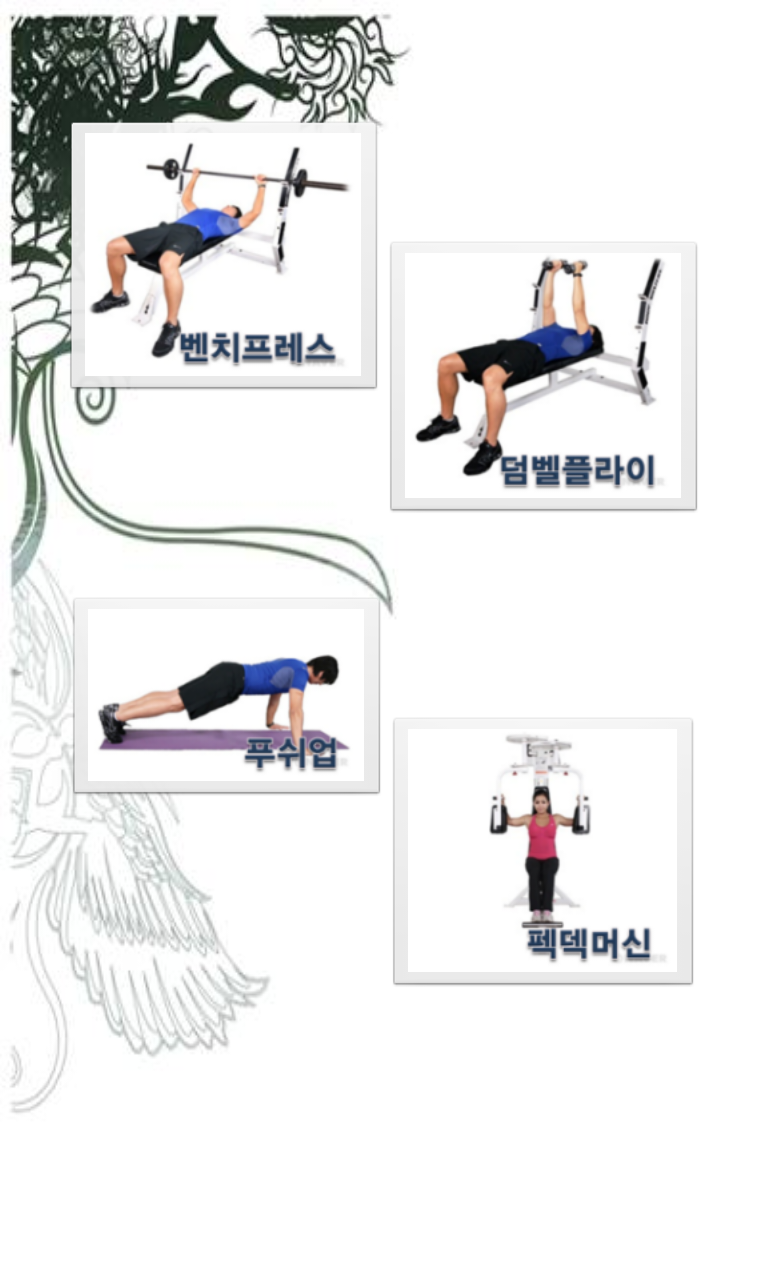
Repository: LewisLim579/2013TeamProject
Layout: PtsApp/res/layout/sa2.xml
The author's editor kept a copy of each file at every save. The layout is drawn from the files as they stood at one save, then again after the next save.
It is drawn on a 768 x 1280 px phone screen (xhdpi) without system bars, with theme android:Theme.NoTitleBar.Fullscreen; the app's code is not run.

Above is the layout before, as saved 2013-05-27 16:49:54.

After the next save:
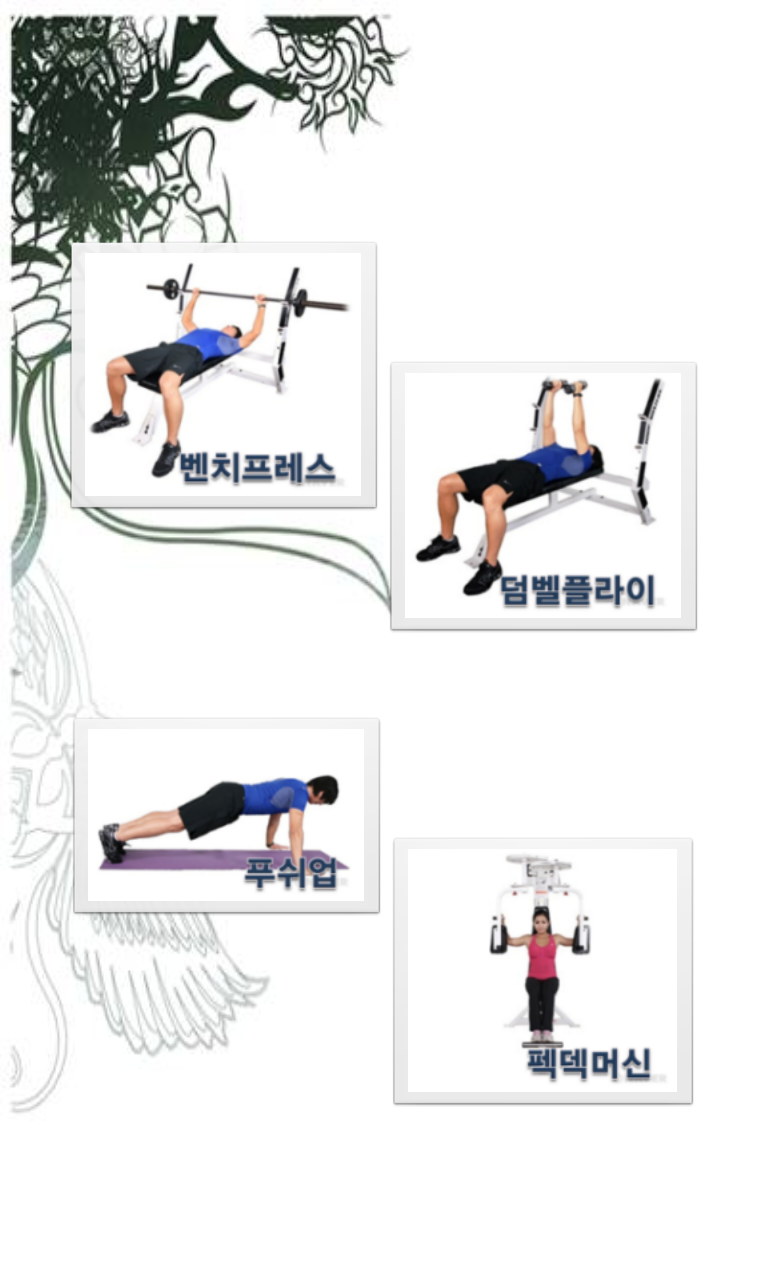
Saved 45 s later.
--- a/PtsApp/res/layout/sa2.xml
+++ b/PtsApp/res/layout/sa2.xml
@@ -7,7 +7,7 @@
     <LinearLayout
         android:layout_width="wrap_content"
         android:layout_height="238dp"
-        android:layout_marginTop="60dp"
+        android:layout_marginTop="120dp"
         android:layout_gravity="center" >
 
         <ImageButton
